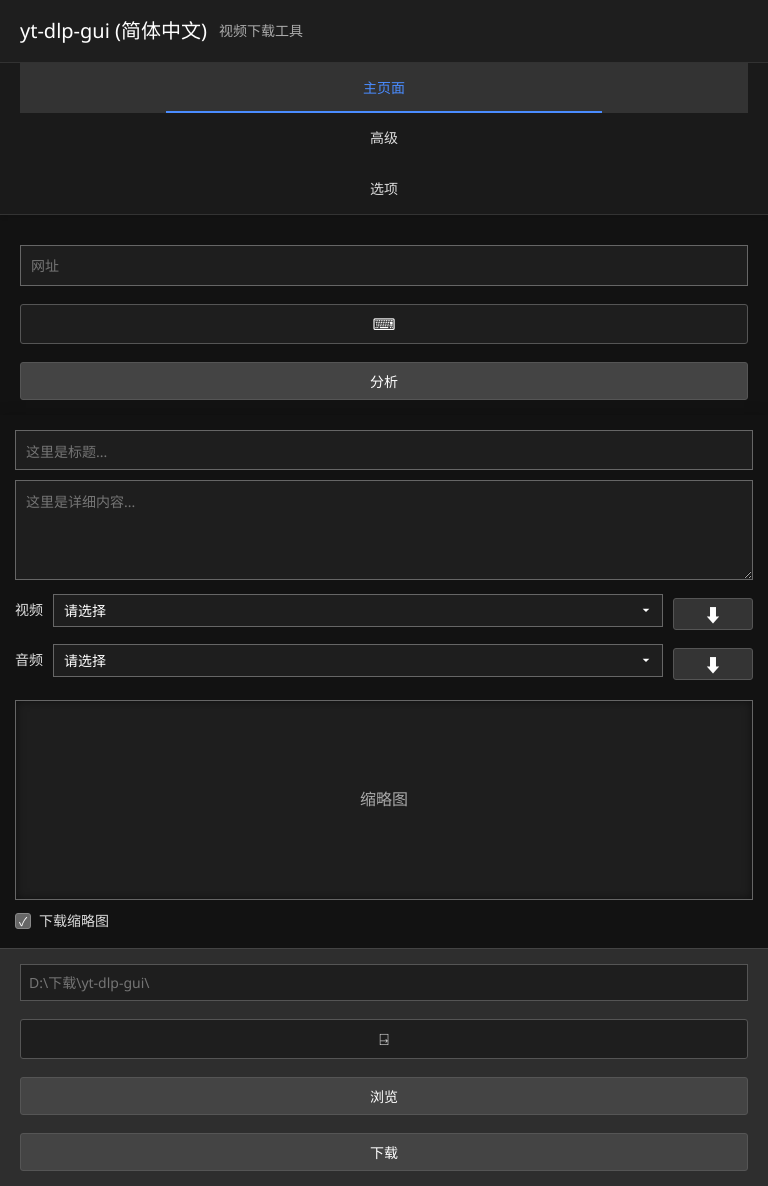
Repository: zArvin6808/yt-TubeSaver
Page: index.html
An editor plug-in stored every save of this project. The page is shown before and after the next save, followed by the edit.
The browser window is 768 px wide. The pictures show the whole page.

Above is the page before, as saved 2025-06-07 16:09:55.

After the next save:
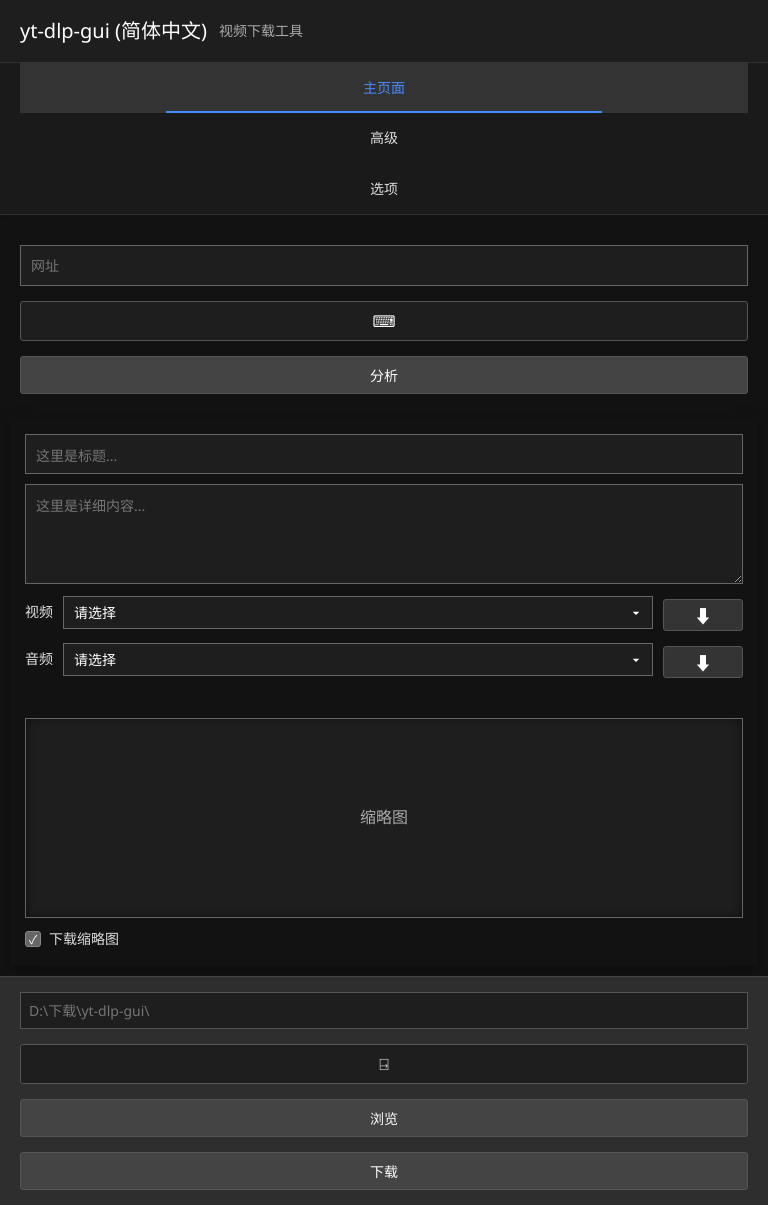
Saved 75 s later.
--- a/style.css
+++ b/style.css
@@ -630,6 +630,111 @@
     }
 
     /* 新增样式改进 */
+
+    /* 加载动画增强 */
+    .spinner {
+      display: inline-block;
+      width: 16px;
+      height: 16px;
+      border: 3px solid rgba(255,255,255,0.2);
+      border-radius: 50%;
+      border-top-color: #4a8cff;
+      animation: spin 0.8s linear infinite;
+      margin-right: 8px;
+      vertical-align: middle;
+    }
+
+    /* Toast通知样式 */
+    .toast {
+      position: fixed;
+      bottom: 30px;
+      left: 50%;
+      transform: translateX(-50%);
+      padding: 14px 24px;
+      border-radius: 8px;
+      color: white;
+      font-size: 14px;
+      font-weight: 500;
+      z-index: 1000;
+      box-shadow: 0 4px 12px rgba(0,0,0,0.2);
+      opacity: 0;
+      animation: toastIn 0.3s ease-out forwards;
+      max-width: 90%;
+      text-align: center;
+    }
+
+    .toast-success {
+      background-color: #28a745;
+    }
+
+    .toast-error {
+      background-color: #dc3545;
+    }
+
+    .toast-info {
+      background-color: #17a2b8;
+    }
+
+    @keyframes toastIn {
+      from { opacity: 0; transform: translateX(-50%) translateY(20px); }
+      to { opacity: 1; transform: translateX(-50%) translateY(0); }
+    }
+
+    .toast.fade-out {
+      animation: toastOut 0.3s ease-in forwards;
+    }
+
+    @keyframes toastOut {
+      from { opacity: 1; transform: translateX(-50%) translateY(0); }
+      to { opacity: 0; transform: translateX(-50%) translateY(-20px); }
+    }
+
+    /* 移动端优化 */
+    @media (max-width: 768px) {
+      .main {
+        flex-direction: column;
+        margin: 10px;
+        padding: 15px;
+      }
+
+      .right-panel {
+        width: 100%;
+        margin-top: 20px;
+      }
+
+      .url-analysis-row,
+      .path-bar {
+        flex-wrap: wrap;
+        gap: 10px;
+      }
+
+      .url-analysis-row input,
+      .path-bar input {
+        width: 100%;
+      }
+
+      button {
+        width: 100%;
+        margin-top: 5px;
+      }
+    }
+
+    /* 细微交互效果 */
+    .select-group:hover select {
+      border-color: #4a8cff;
+    }
+
+    .checkbox-group:hover input[type="checkbox"] {
+      border-color: #4a8cff;
+    }
+
+    input:focus, textarea:focus, select:focus {
+      box-shadow: 0 0 0 2px rgba(74, 140, 255, 0.2);
+    }
+
+    button:active {
+      transform: scale(0.98);
+    }
     .main {
       box-shadow: 0 4px 16px rgba(0,0,0,0.3);
       transition: box-shadow 0.3s ease;
